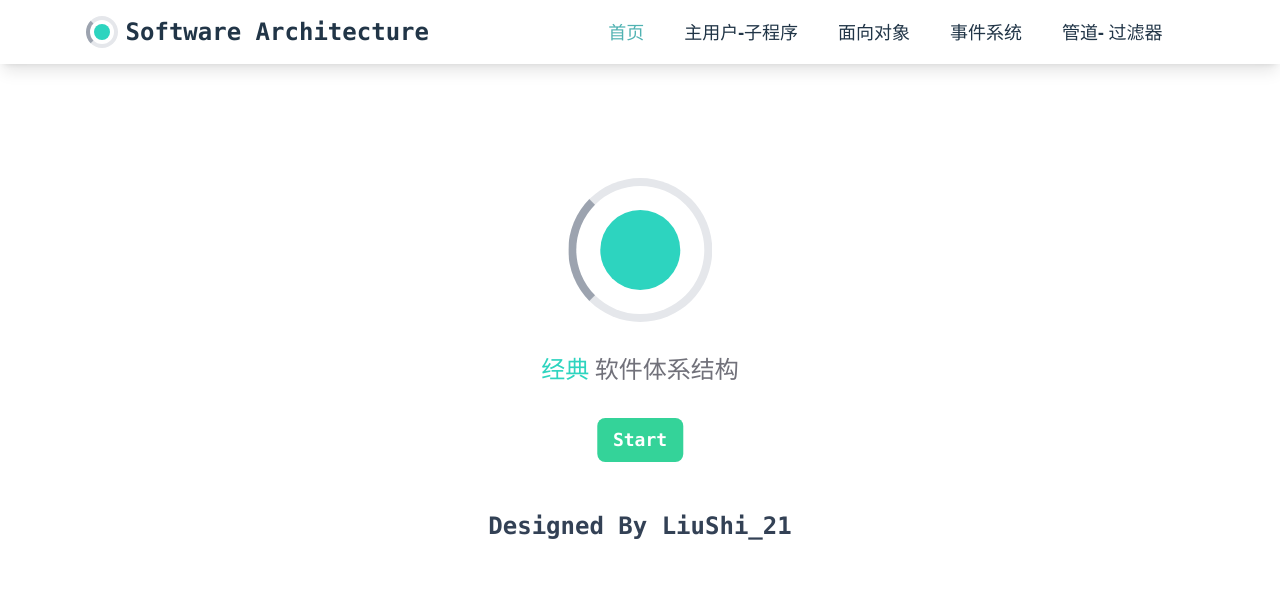
Repository: MarchRory/software_architecture_lab2
Page: / (app in lab2/)
An editor plug-in stored every save of this project. The page is shown before and after the next save, followed by the edit.
The browser window is 1280 px wide. The pictures show the whole page.
The project was rebuilt for these pictures with package versions that can differ from the ones it lists, and the page was loaded fresh each time. Also part of the build but not shown: lab2/vite.config.ts. Imported but missing from the stored project, and not drawn on this page: lab2/src/views/OOP/index.vue, lab2/src/views/PipFilter/index.vue, lab2/src/views/eventsSys/index.vue, lab2/src/views/mainChild/index.vue.

Above is the page before, as saved 2023-11-17 21:36:53.

After the next save:
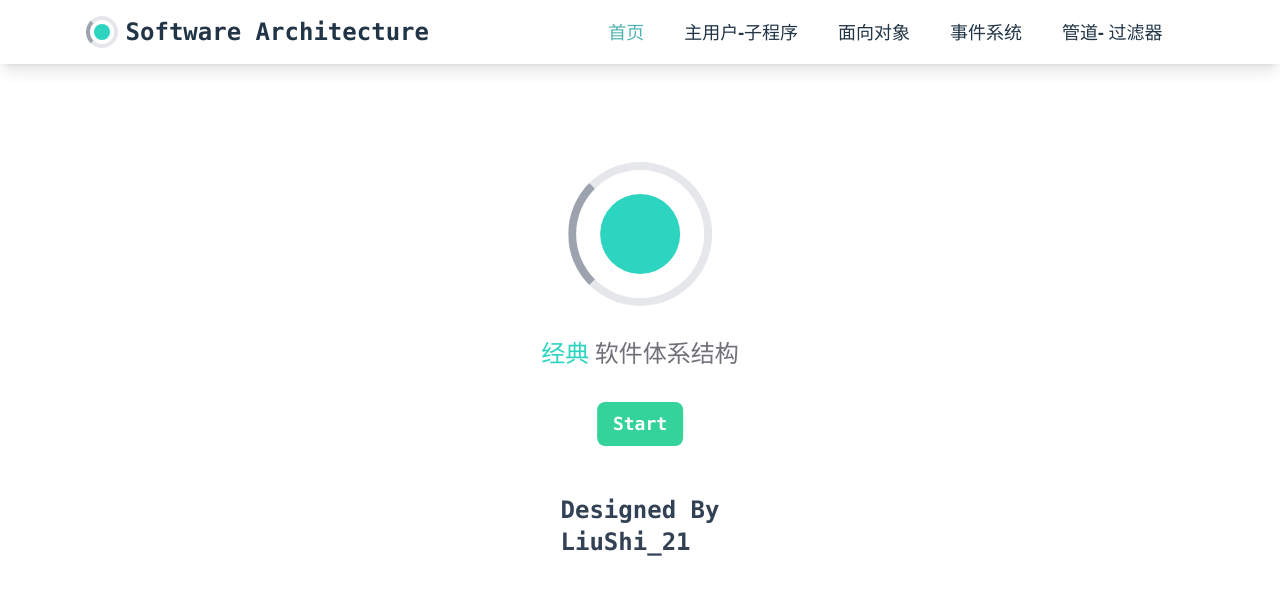
Saved 10 s later.
--- a/lab2/src/views/hello/index.vue
+++ b/lab2/src/views/hello/index.vue
@@ -29,7 +29,11 @@
 			Start
 		</div>
 
-		<div class="mt-12 font-mono text-2xl font-bold text-slate-700">Designed By LiuShi_21</div>
+		<div class="mt-12 font-mono text-2xl font-bold text-slate-700">
+			Designed By
+			<br />
+			LiuShi_21
+		</div>
 	</div>
 </template>
 
